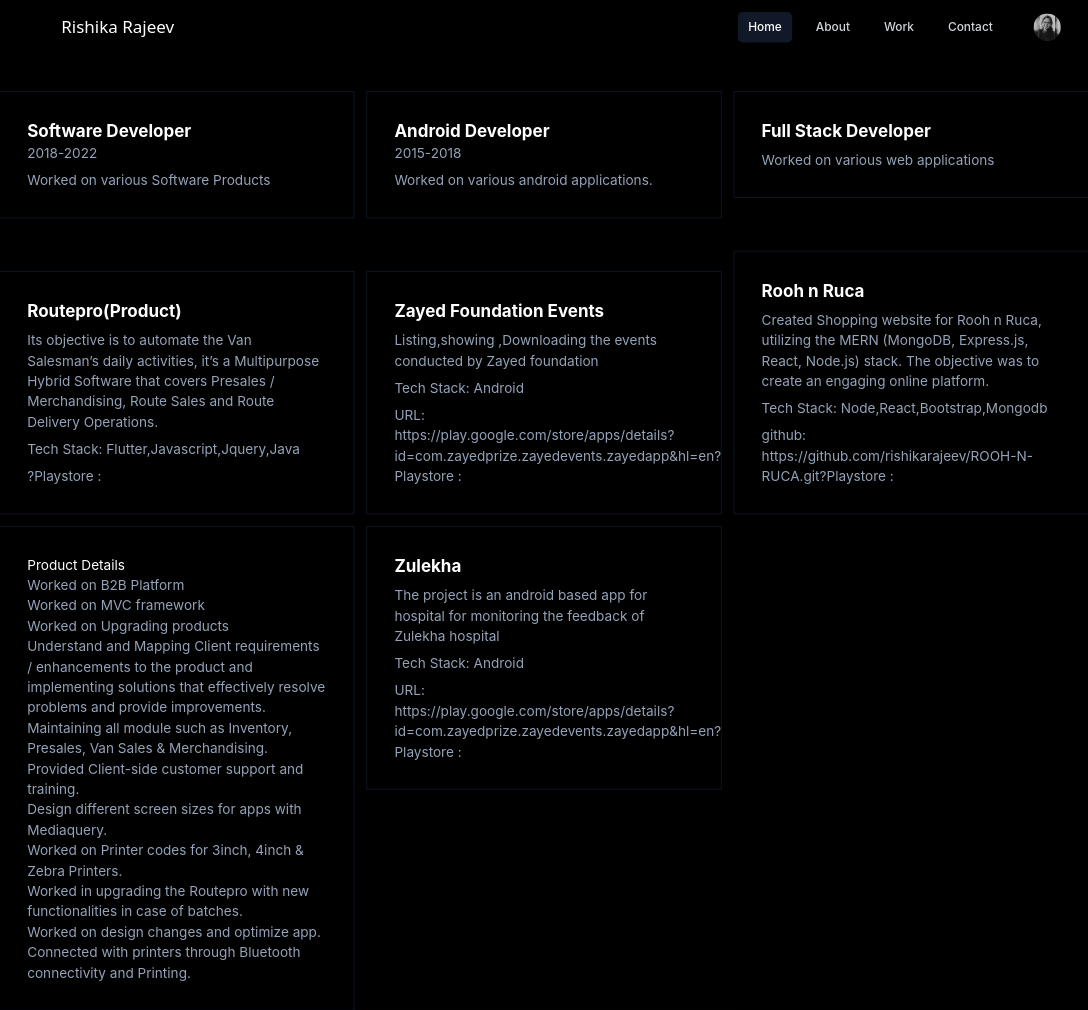
Repository: rishikarajeev/portfolio_rishika
Page: /work
The author's editor kept a copy of each file at every save. The page is drawn from the files as they stood at one save, then again after a run of saves.
The browser window is 1280 px wide. The pictures show the whole page, at 85% of full size.
The project was rebuilt for these pictures with package versions that can differ from the ones it lists, and the page was loaded fresh each time. Also part of the build but not shown: src/Pages/Home.jsx, src/Pages/About.jsx, src/Pages/Contact.jsx.

Above is the page before, as saved 2023-10-23 19:08:57.

After the next 7 saves:
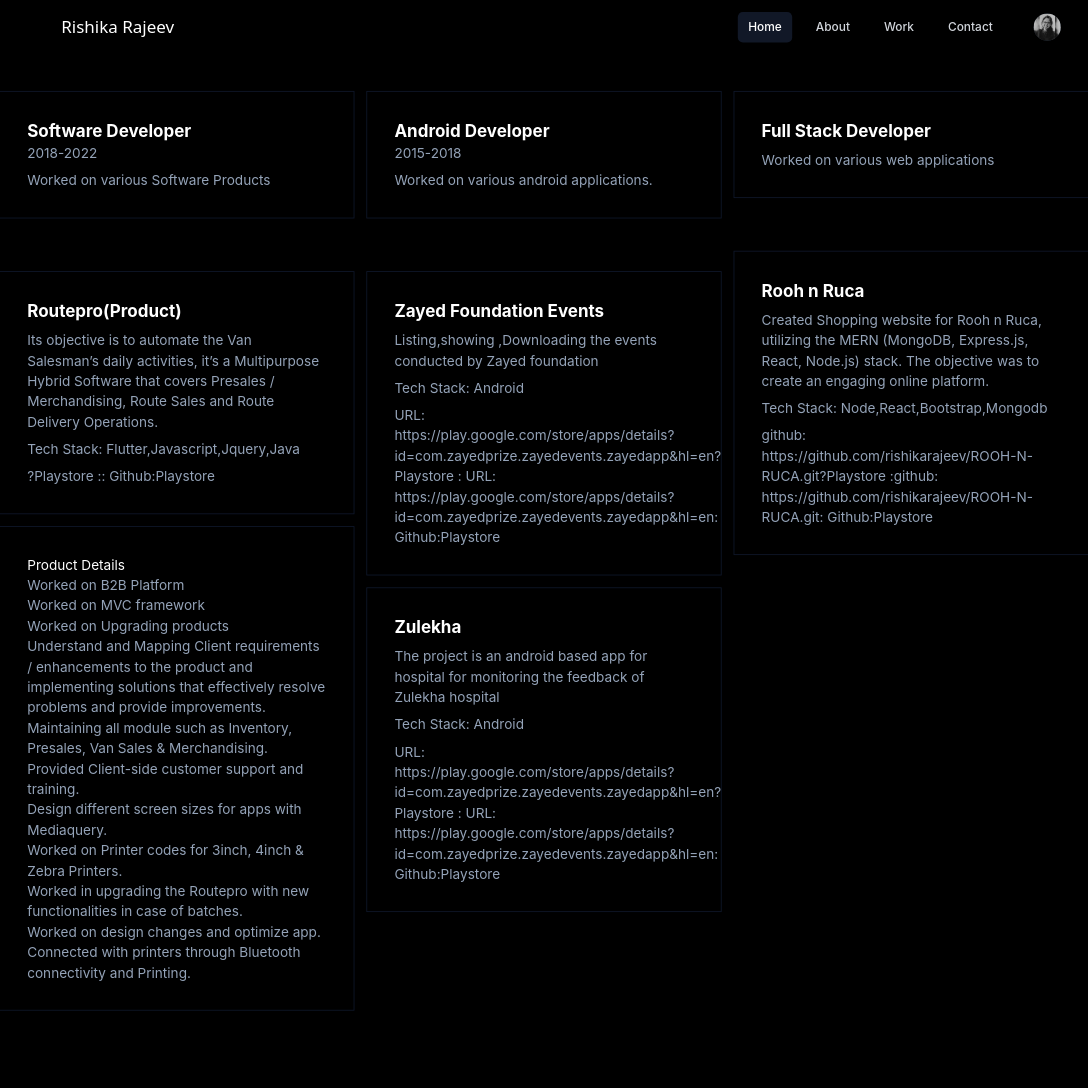
The 7 saves are shown as one change because they came seconds apart.
The last was saved 11 s later.
--- a/src/Components/Project.jsx
+++ b/src/Components/Project.jsx
@@ -6,7 +6,7 @@ const Project = ({ title, description, techStack,Playstore }) => {
       <h3 className="text-xl font-bold text-white">{title}</h3>
       <p className="mt-2 dark:text-slate-400">{description}</p>
       <p className="mt-2 dark:text-slate-400">Tech Stack: {techStack}</p>
-      <p className="mt-2 dark:text-slate-400">{Playstore}?Playstore :{}</p>
+      <p className="mt-2 dark:text-slate-400">{Playstore}?Playstore :{Playstore}: Github:Playstore</p>
     </div>
   );
 };
